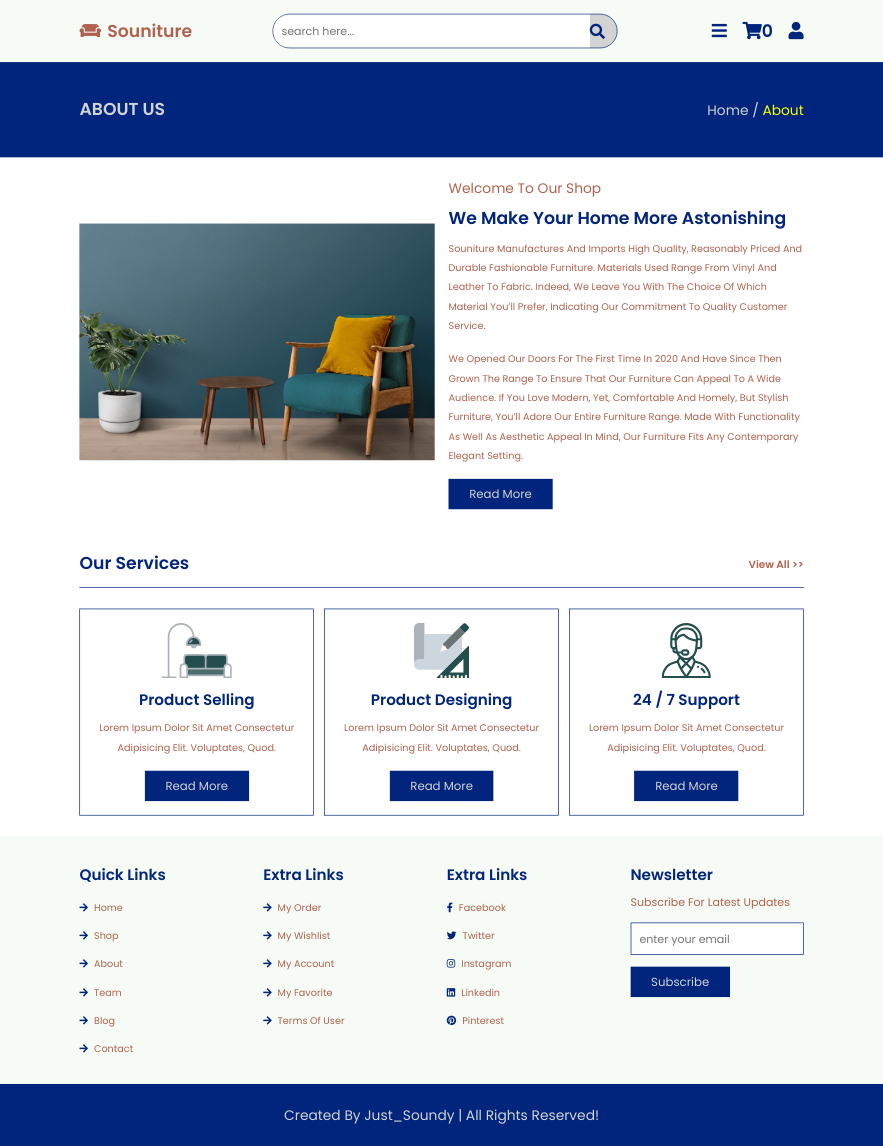
Repository: spencersoundy/furniture-store
Page: about.html
The author's editor kept a copy of each file at every save. The page is drawn from the files as they stood at one save, then again after a run of saves.
The browser window is 1280 px wide. The pictures show the whole page, at 69% of full size.

Above is the page before, as saved 2023-05-04 17:03:13.
Console error: TypeError: Cannot read properties of null (reading 'addEventListener')

### about.html
<!DOCTYPE html>
<html lang="en">
<head>
    <meta charset="UTF-8">
    <meta http-equiv="X-UA-Compatible" content="IE=edge">
    <meta name="viewport" content="width=device-width, initial-scale=1.0">
    <title>about</title>

    <!-- font awesome cdn link  -->
    <link rel="stylesheet" href="https://cdnjs.cloudflare.com/ajax/libs/font-awesome/5.15.4/css/all.min.css">

    <!-- custom css file link  -->
    <link rel="stylesheet" href="css/style.css">

</head>
<body>

<!-- header section starts  -->

<header class="header">

    <a href="home.html" class="logo"> <i class="fas fa-couch"></i> Souniture </a>

    <form action="" class="search-form">
        <input type="search" placeholder="search here..." id="search-box">
        <label for="search-box" class="fas fa-search"></label>
    </form>

    <div class="icons">
        <div id="menu-btn" class="fas fa-bars"></div>
        <div id="search-btn" class="fas fa-search"></div>
        <div id="cart-btn" class="fas fa-shopping-cart"><span id="cart-count-info"></span></div>
        <div id="login-btn" class="fas fa-user"></div>
    </div>

</header>

<!-- header section ends  -->

<!-- closer btn  -->

<div id="closer" class="fas fa-times"></div>

<!-- navbar  -->

<nav class="navbar">
    <a href="home.html">home</a>
    <a href="shop.html">shop</a>
    <a href="about.html">about</a>
    <a href="team.html">team</a>
    <a href="blog.html">blog</a>
    <a href="contact.html">contact</a>
</nav>

<!-- shopping cart  -->

<div class="shopping-cart">
    <div class="cart-list">

    <!-- <div class="box">
        <i class="fas fa-times"></i>
        <img src="image/cart-img-1.jpg" alt="">
        <div class="content">
            <h3>morden furniture</h3>
            <span class="quantity"> 1 </span>
            <span class="multiply"> x </span>
            <span class="price"> $140.00 </span>
        </div>
    </div>-->
    </div>

        <div>
            <h3 class="cart-total">Total:R</h3>
            <span id="cart-total-value"></span>
            </div>
    <a href="#" class="btn">checkout cart</a>

</div>

<!-- login form  -->

<div class="login-form">

    <form action="">
        <h3>login form</h3>
        <input type="email" placeholder="enter your email" class="box">
        <input type="password" placeholder="enter your password" class="box">
        <div class="remember">
            <input type="checkbox" name="" id="remember-me">
            <label for="remember-me">remember me</label>
        </div>
        <input type="submit" value="login now" class="btn">
        <p>forget password? <a href="#">click here</a></p>
        <p>don't have an account? <a href="#">create now</a></p>
    </form>

</div>

<section class="heading">
    <h3>about us</h3>
    <p> <a href="home.html">home</a> / <span>about</span> </p>
</section>

<section class="about">

    <div class="image">
        <img src="image/about-img.jpg" alt="">
    </div>

    <div class="content">
        <span>welcome to our shop</span>
        <h3>we make your home more astonishing</h3>
        <p>Souniture manufactures and imports high quality, reasonably priced and durable fashionable furniture. Materials used range from vinyl and leather to fabric. Indeed, we leave you with the choice of which material you’ll prefer, indicating our commitment to quality customer service.</p>
        <p>We opened our doors for the first time in 2020 and have since then grown the range to ensure that our furniture can appeal to a wide audience. If you love modern, yet, comfortable and homely, but stylish furniture, you’ll adore our entire furniture range. Made with functionality as well as aesthetic appeal in mind, our furniture fits any contemporary elegant setting.</p>
        <a href="#" class="btn">read more</a>
    </div>

</section>

<section class="services">

    <h1 class="title"> <span>our services</span> <a href="#">view all >></a> </h1>

    <div class="box-container">

        <div class="box">
            <img src="image/serv-1.svg" alt="">
            <h3>product selling</h3>
            <p>Lorem ipsum dolor sit amet consectetur adipisicing elit. Voluptates, quod.</p>
            <a href="#" class="btn">read more</a>
        </div>

        <div class="box">
            <img src="image/serv-2.svg" alt="">
            <h3>product designing</h3>
            <p>Lorem ipsum dolor sit amet consectetur adipisicing elit. Voluptates, quod.</p>
            <a href="#" class="btn">read more</a>
        </div>

        <div class="box">
            <img src="image/serv-3.svg" alt="">
            <h3>24 / 7 support</h3>
            <p>Lorem ipsum dolor sit amet consectetur adipisicing elit. Voluptates, quod.</p>
            <a href="#" class="btn">read more</a>
        </div>

    </div>

</section>



















<!-- footer section  -->

<section class="footer">

    <div class="box-container">

        <div class="box">
            <h3>quick links</h3>
            <a href="home.html"> <i class="fas fa-arrow-right"></i> home</a>
            <a href="shop.html"> <i class="fas fa-arrow-right"></i> shop</a>
            <a href="about.html"> <i class="fas fa-arrow-right"></i> about</a>
            <a href="team.html"> <i class="fas fa-arrow-right"></i> team</a>
            <a href="blog.html"> <i class="fas fa-arrow-right"></i> blog</a>
            <a href="contact.html"> <i class="fas fa-arrow-right"></i> contact</a>
        </div>

        <div class="box">
            <h3>extra links</h3>
            <a href="#"> <i class="fas fa-arrow-right"></i> my order</a>
            <a href="#"> <i class="fas fa-arrow-right"></i> my wishlist</a>
            <a href="#"> <i class="fas fa-arrow-right"></i> my account</a>
            <a href="#"> <i class="fas fa-arrow-right"></i> my favorite</a>
            <a href="#"> <i class="fas fa-arrow-right"></i> terms of user</a>
        </div>

        <div class="box">
            <h3>extra links</h3>
            <a href="https://www.facebook.com"> <i class="fab fa-facebook-f"></i> facebook</a>
            <a href="https://wwww.twitter.com"> <i class="fab fa-twitter"></i> twitter</a>
            <a href="https://www.instagram.com"> <i class="fab fa-instagram"></i> instagram</a>
            <a href="http://wwww.linkedin.com"> <i class="fab fa-linkedin"></i> linkedin</a>
            <a href="http://wwww.pinterest.com"> <i class="fab fa-pinterest"></i> pinterest</a>
        </div>

        <div class="box">
            <h3>newsletter</h3>
            <p>subscribe for latest updates</p>
            <form action="">
                <input type="email" name="" placeholder="enter your email" id="">
                <input type="submit" value="subscribe" class="btn">
            </form>
        </div>

    </div>

</section>

<section class="credit">
    created by Just_Soundy | all rights reserved!
</section>

<!-- custom js file link  -->
<script src="js/script.js"></script>

</body>
</html>

Loaded but not shown: furniture.json (51 lines, source omitted); js/script.js (231 lines, source omitted); css/style.css (1195 lines, source omitted)

After the next 3 saves:
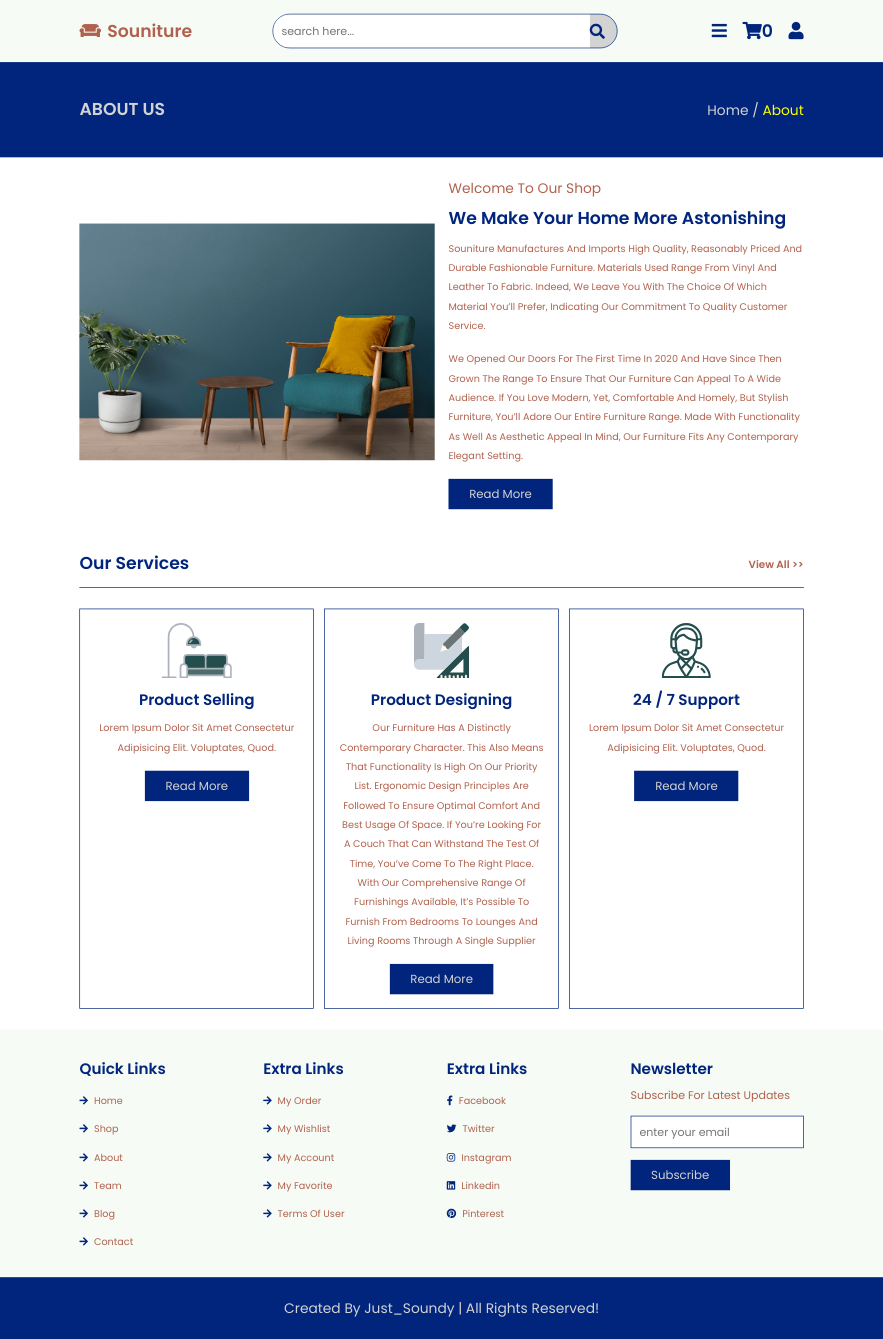
The 3 saves are shown as one change because they came seconds apart.
The last was saved 6 min 29 s later.
--- a/about.html
+++ b/about.html
@@ -133,7 +133,7 @@
         <div class="box">
             <img src="image/serv-2.svg" alt="">
             <h3>product designing</h3>
-            <p>Lorem ipsum dolor sit amet consectetur adipisicing elit. Voluptates, quod.</p>
+            <p>Our furniture has a distinctly contemporary character. This also means that functionality is high on our priority list. Ergonomic design principles are followed to ensure optimal comfort and best usage of space. If you’re looking for a couch that can withstand the test of time, you’ve come to the right place. With our comprehensive range of furnishings available, it’s possible to furnish from bedrooms to lounges and living rooms through a single supplier</p>
             <a href="#" class="btn">read more</a>
         </div>
 
